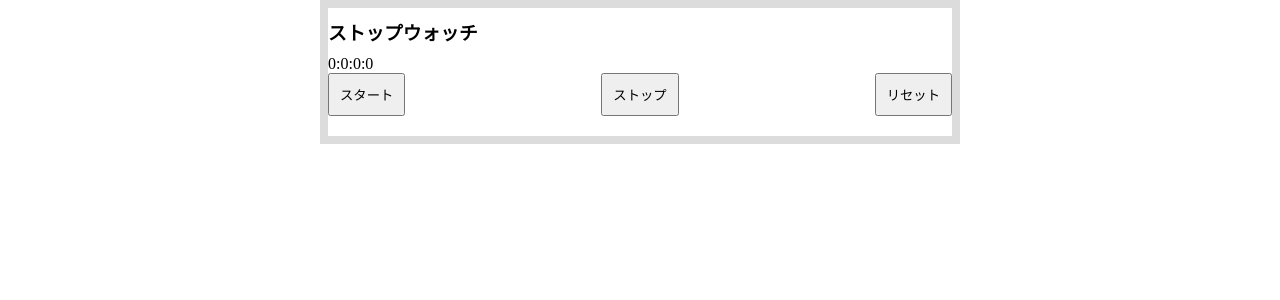
Repository: kenshirou01/TraialStopWatch
Page: kadai2/index.html
The author's editor kept a record of every edit. The page is drawn from the files as they stood at one moment, then again after the next edit.
The browser window is 1280 px wide. The pictures show the whole page.

Above is the page before.
Console error: TypeError: Cannot set properties of null (setting 'disabled')

### kadai2/index.html
<!DOCTYPE html>
<html lang="js">
<head>
  <meta charset="utf-8">
  <title>ストップウォッチ</title>
  <script src="js/jquery-3.6.0.js"></script>
  <link rel="stylesheet" href="css/main.css">
</head>
<body>

  <div class="continner">
    <h3>ストップウォッチ</h3>

    <div class=timer>0:0:0:0</div>

    <div class="buttons">
      <button class="start button_width">スタート</button>
      <button class="stop button_width">ストップ</button>
      <button class="reset button_width">リセット</button>
    </div>
  </div>


  <script src="js/main.js"></script>
</body>
</html>

### kadai2/css/main.css
body, div, h3, button {
    padding: 0;
    margin: 0;
    box-sizing: border-box;
}

button {
    cursor: pointer;
}

.continner {
    width: 50%;
    border: solid;
    border-width: 8px;
    border-color: #dcdcdc;
    margin: 0 auto;
}

.content {
    text-align: center;
    padding-left: 20px;
    padding-right: 20px;
}

.continner h3 {
    margin: 10px 0;
}

#timer {
    font-size: 30px;
    letter-spacing: 10px;
    padding: 20px
}

.buttons {
    margin-bottom: 20px;
    display: flex;
    justify-content: space-between;
}

.button_width {
    padding: 10px;
}

### kadai2/js/main.js
'use strict';
/* global $*/

{
    const timer = document.getElementById('timer');
    const start = document.getElementById('start');
    const stop = document.getElementById('stop');
    const reset = document.getElementById('reset');
    // クリック時の時間を保持する
    let startTime;
    // 経過時刻を更新する
    let elapsedTime = 0;
    // タイマーを止めるにはclearTimeoutを使い、引数に渡すIDが必要
    let timerId;
    // タイマーをストップ -> 再開させたら０になってしまうのを避ける変数。
    let timeToadd = 0;

    // Activated();
    stop.disabled=true;

    function updateTimetText(){
        // 変数 = 13520 / xミリ秒で割った数の商
        let m = Math.floor(elapsedTime / 60000);
        //s(秒) = 135200 % 60000ミリ秒で / 1000 (ミリ秒なので1000で割ってやる) -> 15秒
        let ds = Math.floor(elapsedTime % 60000 / 10000)
        let s = Math.floor(elapsedTime % 60000 / 1000);
        let ms = elapsedTime % 1000;

        // 例135200 / 60000 = 2(Math.floorで少数点切捨てるので)-1で末尾一桁固定にできる。
        m = ('0' + m).slice(-1);
        ds = ('0' + ds).slice(-1);
        s = ('0' + s).slice(-1);
        ms = ('0' + ms).slice(1,2);

        // 表示させる。
        timer.textContent = m + ':' + ds + ':' + s + ':' + ms;


    }

    function countUp() {
        // timerId変数はsetTimeoutの返り値になるので代入する
        timerId = setTimeout(function(){
            //経過時刻は現在時刻をミリ秒で示すDate.now()からstartを押した時の時刻(startTime)を引く
            elapsedTime = Date.now() - startTime + timeToadd;
            updateTimetText();

            //countUp関数自身を呼ぶことで10ミリ秒毎に以下の計算を始める
            countUp();

        },10);
    }

    // startボタンにクリック時のイベントを追加（タイマースタートイベント）
    start.addEventListener('click', function(){

        // クリックした時間を代入
        startTime = Date.now();
        countUp();

        Activated();
    });

    // stopボタンにクリック時のイベントを追加
    stop.addEventListener('click', function(){
        Activated();
        //タイマーを止めるにはclearTimeoutを使う必要があり、
        // そのためにはclearTimeoutの引数に渡すためのタイマーのidが必要
        clearTimeout(timerId);

        // stopした際の経過時間を再開時に＋
        timeToadd += Date.now() - startTime;
    });

    // resetボタンにクリック時のイベントを追加
    reset.addEventListener('click', function() {
       elapsedTime = 0;
       timeToadd = 0;
       updateTimetText();
    });

    function Activated(){
        if(start.disabled === false){
            start.disabled=true;
            reset.disabled=true;
            stop.disabled=false;
            // start.removeAttribute("disabled");
        }else if(stop.disabled === false){
            start.disabled=false;
            reset.disabled=false;
            stop.disabled=true;
        }
    }

}

Loaded but not shown: kadai2/js/jquery-3.6.0.js (library)

After the next edit:
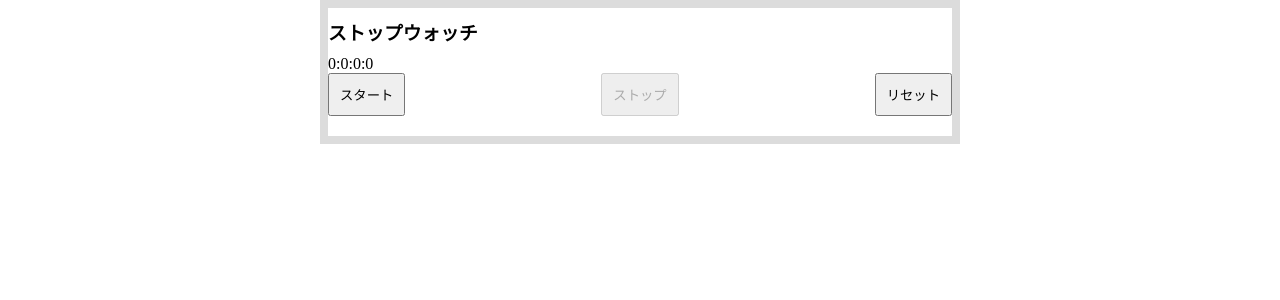
The error is gone.
The edit:
--- a/kadai2/index.html
+++ b/kadai2/index.html
@@ -14,9 +14,9 @@
     <div class=timer>0:0:0:0</div>
 
     <div class="buttons">
-      <button class="start button_width">スタート</button>
-      <button class="stop button_width">ストップ</button>
-      <button class="reset button_width">リセット</button>
+      <button id="start" class="button_width">スタート</button>
+      <button id="stop" class="button_width">ストップ</button>
+      <button id="reset" class="button_width">リセット</button>
     </div>
   </div>
 
